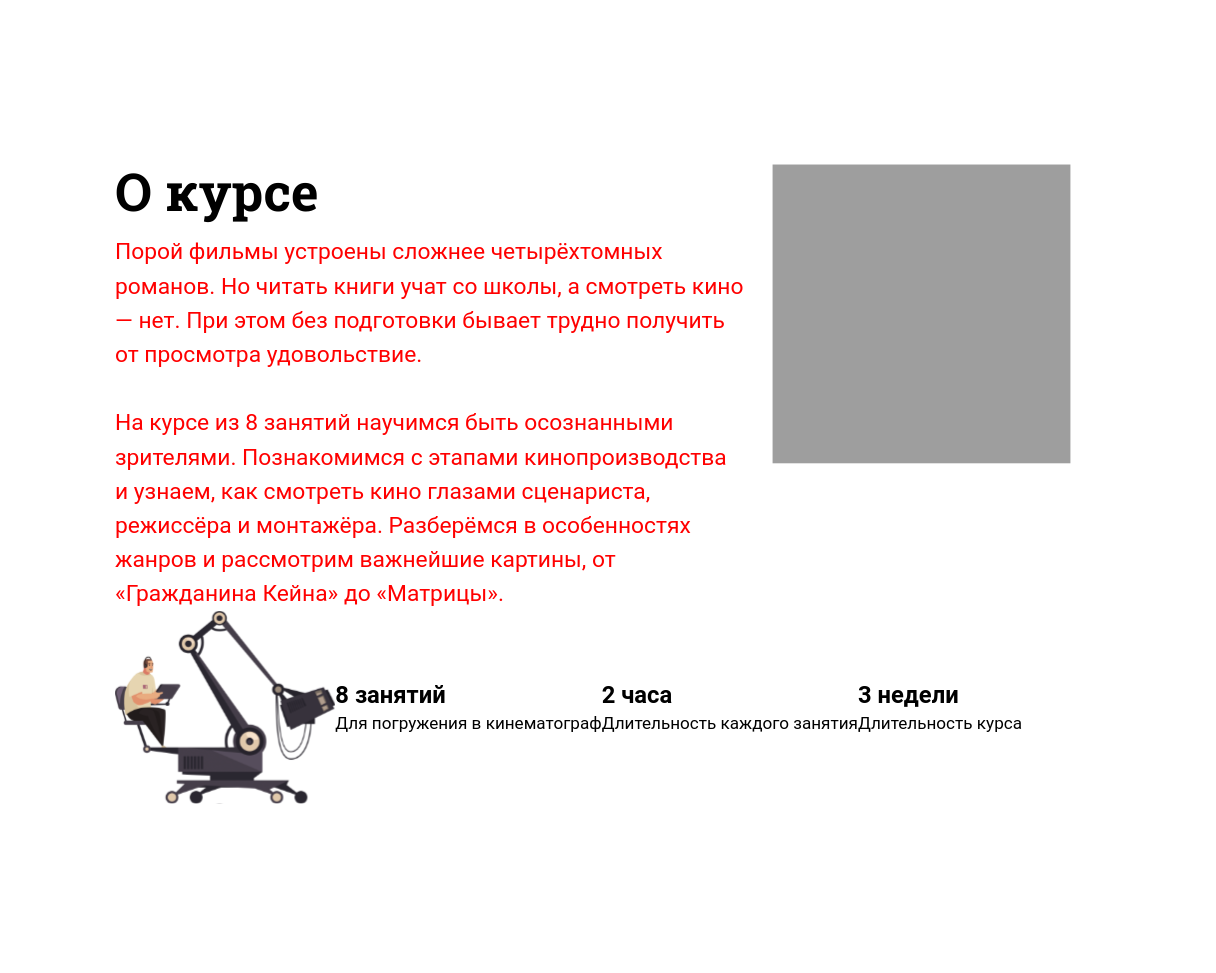
Repository: FaridRustamov09/task8
Page: index.html
An editor plug-in stored every save of this project. The page is shown before and after a run of saves, followed by the edit.
The browser window is 1280 px wide. The pictures show the whole page, at 95% of full size.
Pictures or frames that could not be fetched are drawn as grey boxes.

Above is the page before, as saved 2023-11-06 18:24:47.

### index.html
<!DOCTYPE html>
<html lang="en">
  <head>
    <meta charset="UTF-8" />
    <meta name="viewport" content="width=device-width, initial-scale=1.0" />
    <title>Document</title>
    <link rel="stylesheet" href="index.css" />
  </head>
  <body>
    <div class="container">
      <div class="box-1">
        <div class="text-container">
          <h1>О курсе</h1>

          <p>
            Порой фильмы устроены сложнее четырёхтомных романов. Но читать книги
            учат со школы, а смотреть кино — нет. При этом без подготовки бывает
            трудно получить от просмотра удовольствие. <br />
            <br />
            На курсе из 8 занятий научимся быть осознанными зрителями.
            Познакомимся с этапами кинопроизводства и узнаем, как смотреть кино
            глазами сценариста, режиссёра и монтажёра. Разберёмся в особенностях
            жанров и рассмотрим важнейшие картины, от «Гражданина Кейна» до
            «Матрицы».
          </p>
        </div>
        <img src="./_1 1.svg" alt="" />
      </div>
      <div class="box-2">
        <img src="./photo 1.svg" alt="" />
        <ul>
          <li>
            <h2>8 занятий</h2>
            <p>Для погружения в кинематограф</p>
          </li>
          <li>
            <h2>2 часа</h2>
            <p>Длительность каждого занятия</p>
          </li>
          <li>
            <h2>3 недели</h2>
            <p>Длительность курса</p>
          </li>
        </ul>
      </div>
    </div>
  </body>
</html>

### index.css
@import url("https://fonts.googleapis.com/css2?family=Roboto+Slab:wght@700&display=swap");
* {
  margin: 0;
  padding: 0;
  box-sizing: border-box;
}
.container {
  padding: 173px 153px 178px 121px;
}

.box-1 {
  display: flex;
  justify-content: space-between;
}
.box-1 img{
    width: 314px;
height: 315px;
}
.text-container {
  width: 662px;
}
.text-container h1 {
  color: #000;
  font-family: Roboto Slab;
  font-size: 55px;
  font-style: normal;
  font-weight: 700;
  line-height: 101.385%;
}
.text-container p {
  margin-top: 18px;
  color: #000;
  font-family: Roboto;
  font-size: 24px;
  font-style: normal;
  font-weight: 400;
  line-height: 150%;
  color: red;
}
.box-2 {
    display: flex;
    align-items: center;
  }
  .box-2 img{
    width: 232px;
height: 203px;
  }
.box-2 ul {
  display: flex;

}
.box-2 ul li {
    list-style-type: none;
}

.box-2 ul li h2{
    color: #000;
    font-family: Roboto;
    font-size: 25px;
    font-style: normal;
    font-weight: 700;
    line-height: 130%;
}
.box-2 ul li p{
    color: #000;
    font-family: Roboto;
    font-size: 18px;
    font-style: normal;
    font-weight: 400;
    line-height: 130%; /* 23.4px */
}

After the next 2 saves:
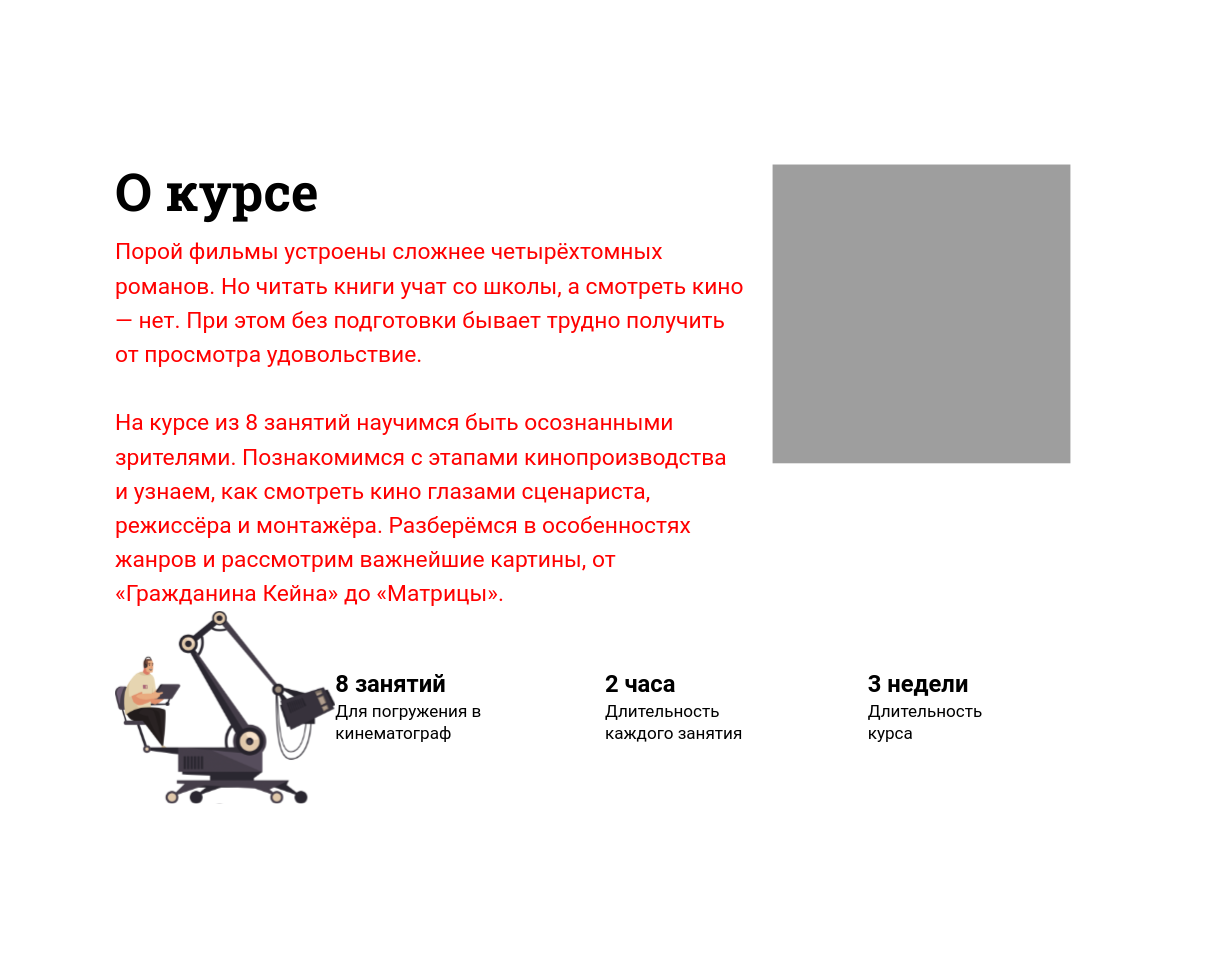
The 2 saves are shown as one change because they came seconds apart.
The last was saved 2 min 16 s later.
--- a/index.css
+++ b/index.css
@@ -51,6 +51,7 @@ height: 203px;
 }
 .box-2 ul li {
     list-style-type: none;
+    margin-right: 93px;
 }
 
 .box-2 ul li h2{
